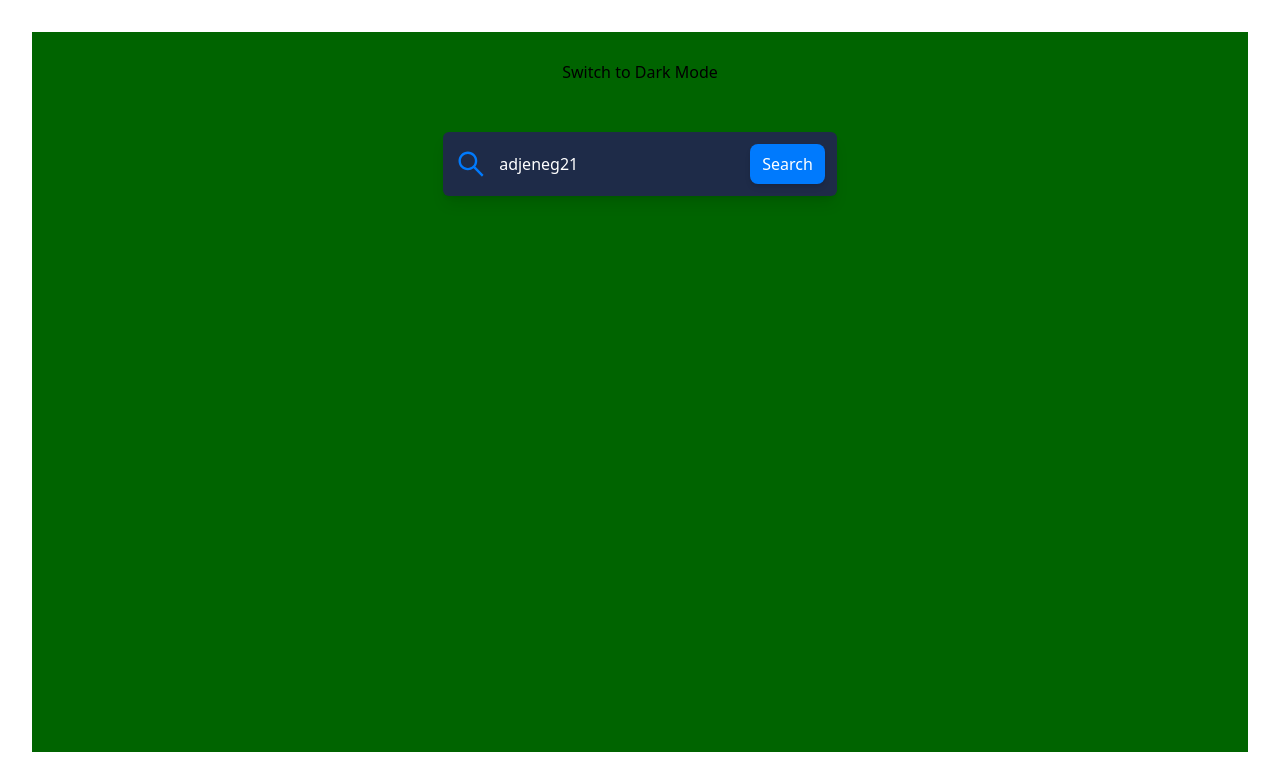
Repository: Gabriel221-dev/Git-Project
Page: /
These files come from the project's save history. The page is drawn as it stood at one moment and after the next save; the edit follows.
The browser window is 1280 px wide. The pictures show the whole page.
The page's requests for data from a server got no answer. The project was rebuilt for these pictures with package versions that can differ from the ones it lists, and the page was loaded fresh each time. No one was signed in, and anything a server would have sent is missing. Also part of the build but not shown: vite.config.js, src/components/Preview/Preview.jsx.

Above is the page before, as saved 2024-06-28 12:00:01.

After the next save:
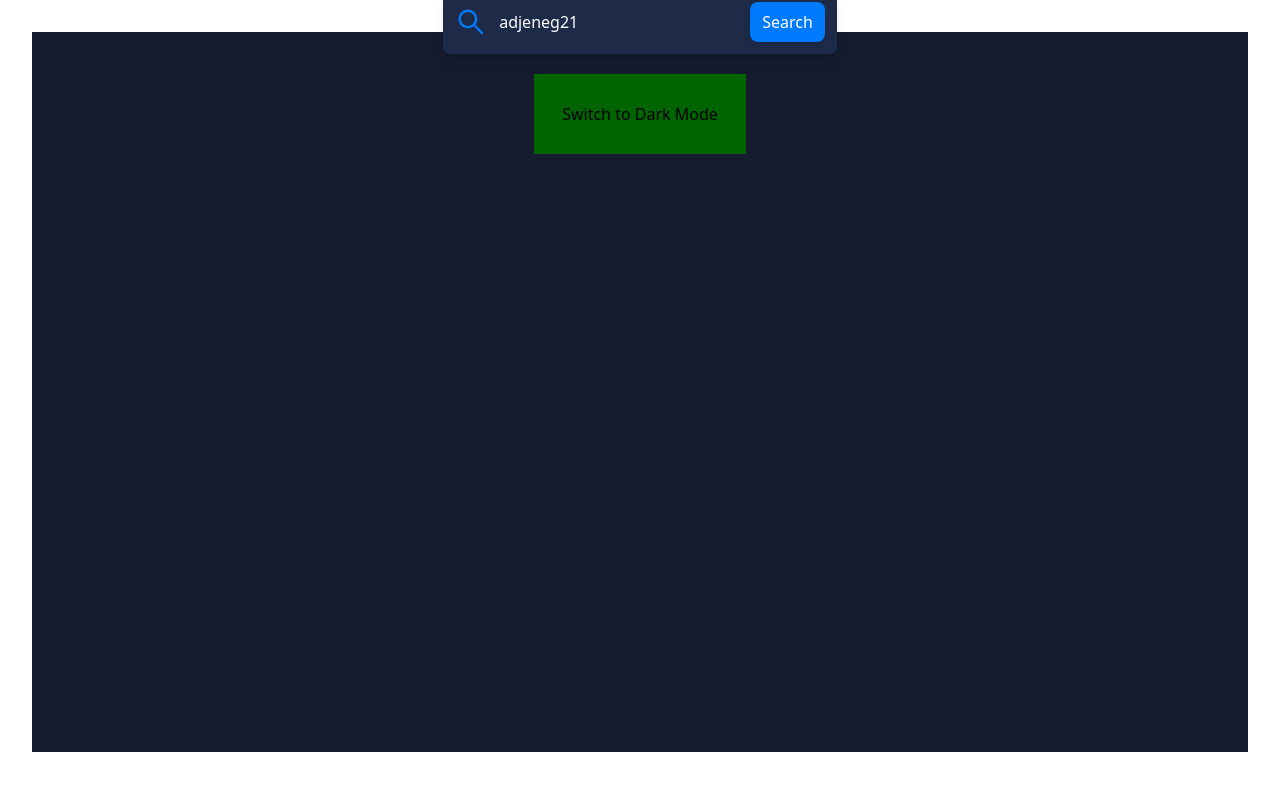
Saved 69 s later.
--- a/src/App.jsx
+++ b/src/App.jsx
@@ -52,7 +52,25 @@
   };
 
   return (
-    <div className="flex flex-col gap-5 h-screen w-full justify-center items-center bg-light-green">
+    <div className="flex flex-col gap-5 h-screen w-full justify-center items-center bg-dark-bg">
+      <Search setData={setData} setIsLoading={setIsLoading} />
+      {data && (
+        <Preview
+          avatarUrl={data.avatar_url}
+          name={data.name}
+          login={data.login}
+          public_repos={data.public_repos}
+          followers={data.followers}
+          following={data.following}
+          location={data.location}
+          blog={data.blog}
+          twitter={data.twitter_username}
+          email={data.email}
+          isLoading={isLoading}
+          bio={data.bio}
+          joinedAt={new Date(data.created_at).toLocaleDateString()}
+        />
+      )}
       <div
         className={`App ${
           isDarkMode ? "dark" : ""
@@ -76,24 +94,6 @@
             Switch to {isDarkMode ? "Light" : "Dark"} Mode
           </button>
         </div>
-        <Search setData={setData} setIsLoading={setIsLoading} />
-        {data && (
-          <Preview
-            avatarUrl={data.avatar_url}
-            name={data.name}
-            login={data.login}
-            public_repos={data.public_repos}
-            followers={data.followers}
-            following={data.following}
-            location={data.location}
-            blog={data.blog}
-            twitter={data.twitter_username}
-            email={data.email}
-            isLoading={isLoading}
-            bio={data.bio}
-            joinedAt={new Date(data.created_at).toLocaleDateString()}
-          />
-        )}
       </div>
     </div>
   );
